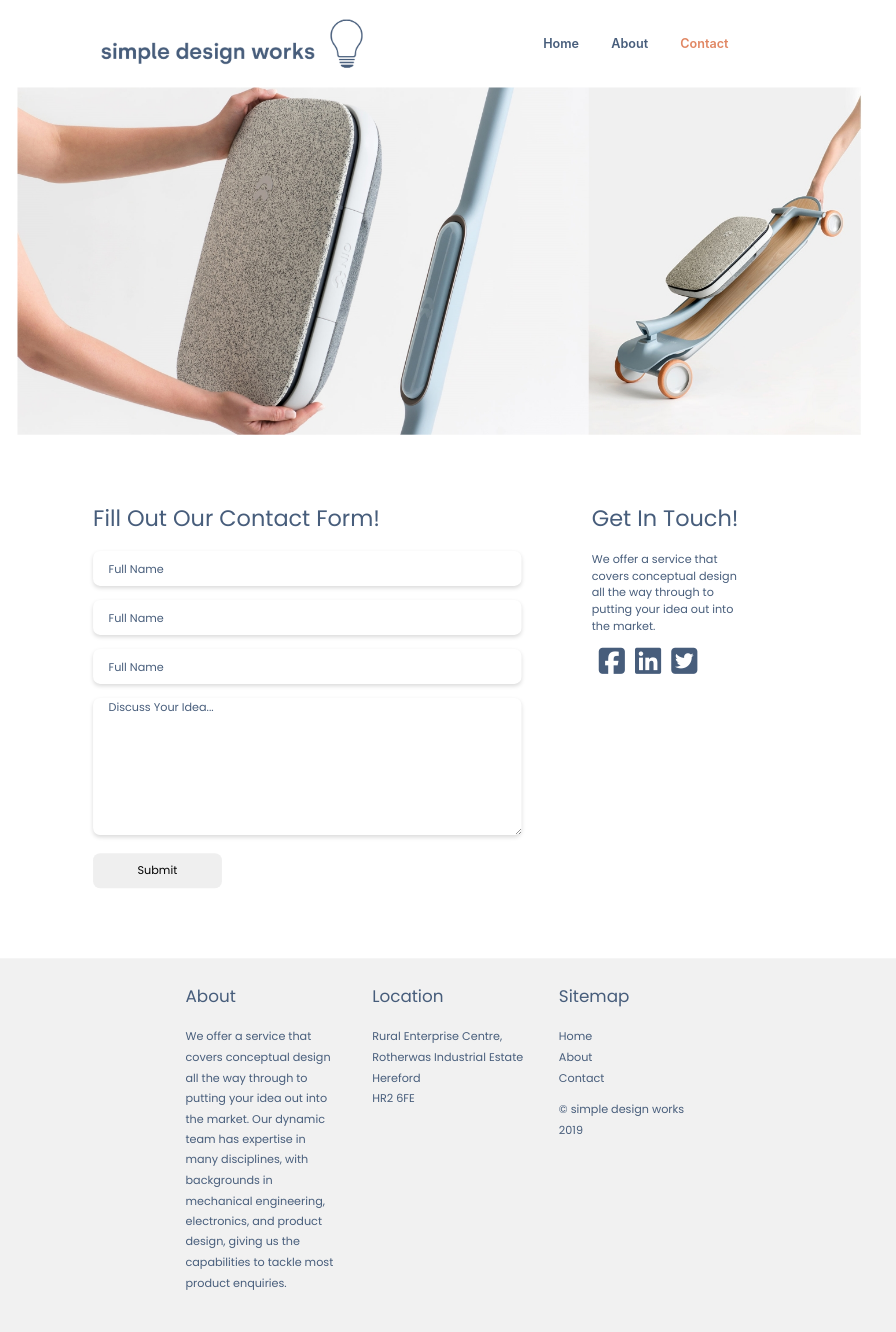
Repository: cobyfoster99/User-Centric-frontend-project
Page: contact.html
The author's editor kept a record of every edit. The page is drawn from the files as they stood at one moment, then again after the next edit.
The browser window is 1280 px wide. The pictures show the whole page, at 70% of full size.
Some web libraries are served in a nearby version.

Above is the page before.

After the next edit:
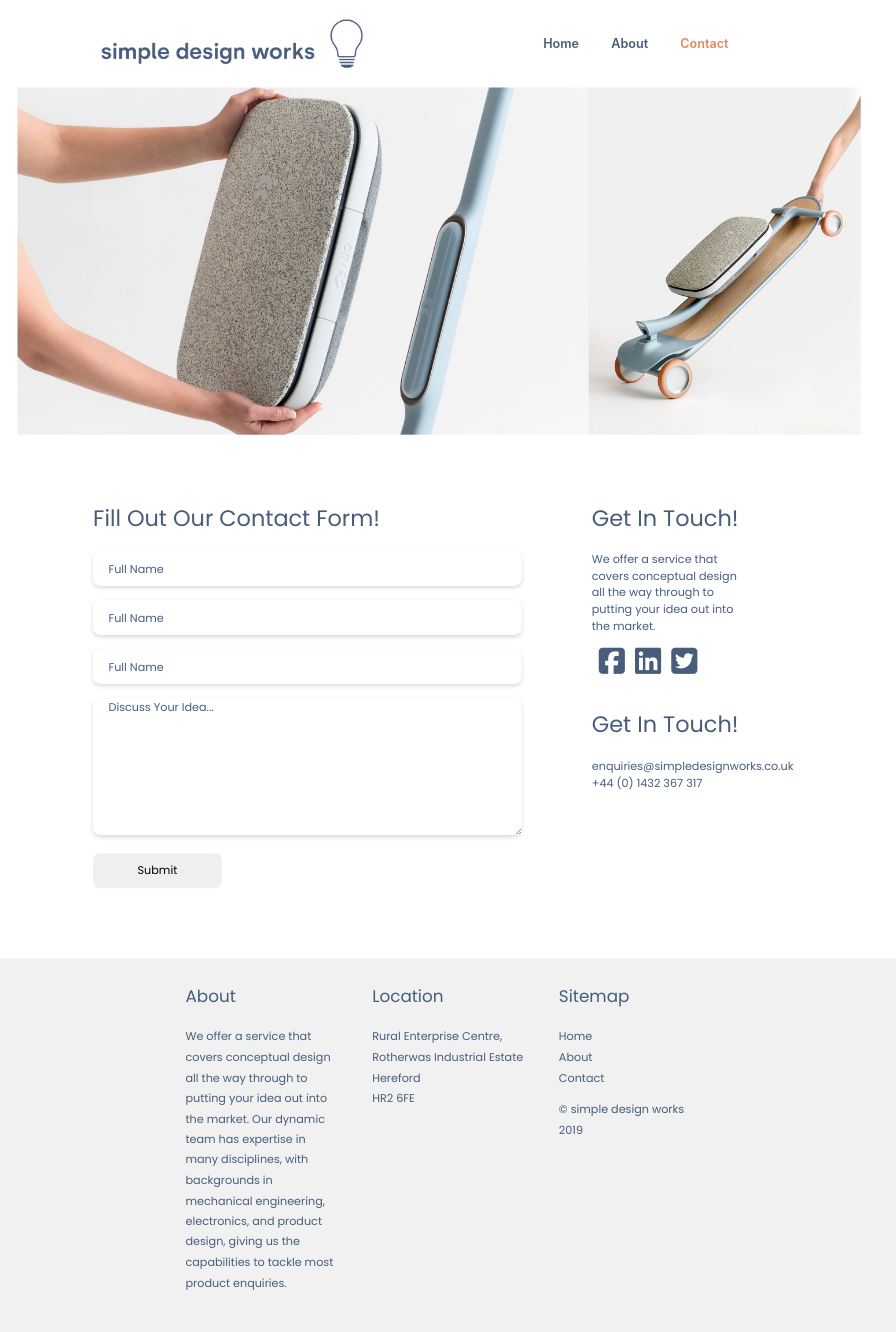
The edit:
--- a/contact.html
+++ b/contact.html
@@ -77,6 +77,9 @@
                     <a href="https:/https://www.linkedin.com/company/10354689"><i class="icon fab fa-linkedin"></i></a>
                     <a href="https://twitter.com/SDW_LTD"><i class="icon fab fa-twitter-square"></i></a>
 
+                    <h2 class="home-contact-sub">Get In Touch!</h2>
+                    <p class="contact-info-p">enquiries@simpledesignworks.co.uk <br> +44 (0) 1432 367 317
+                    </p>
                 </div>
 
             </div>
